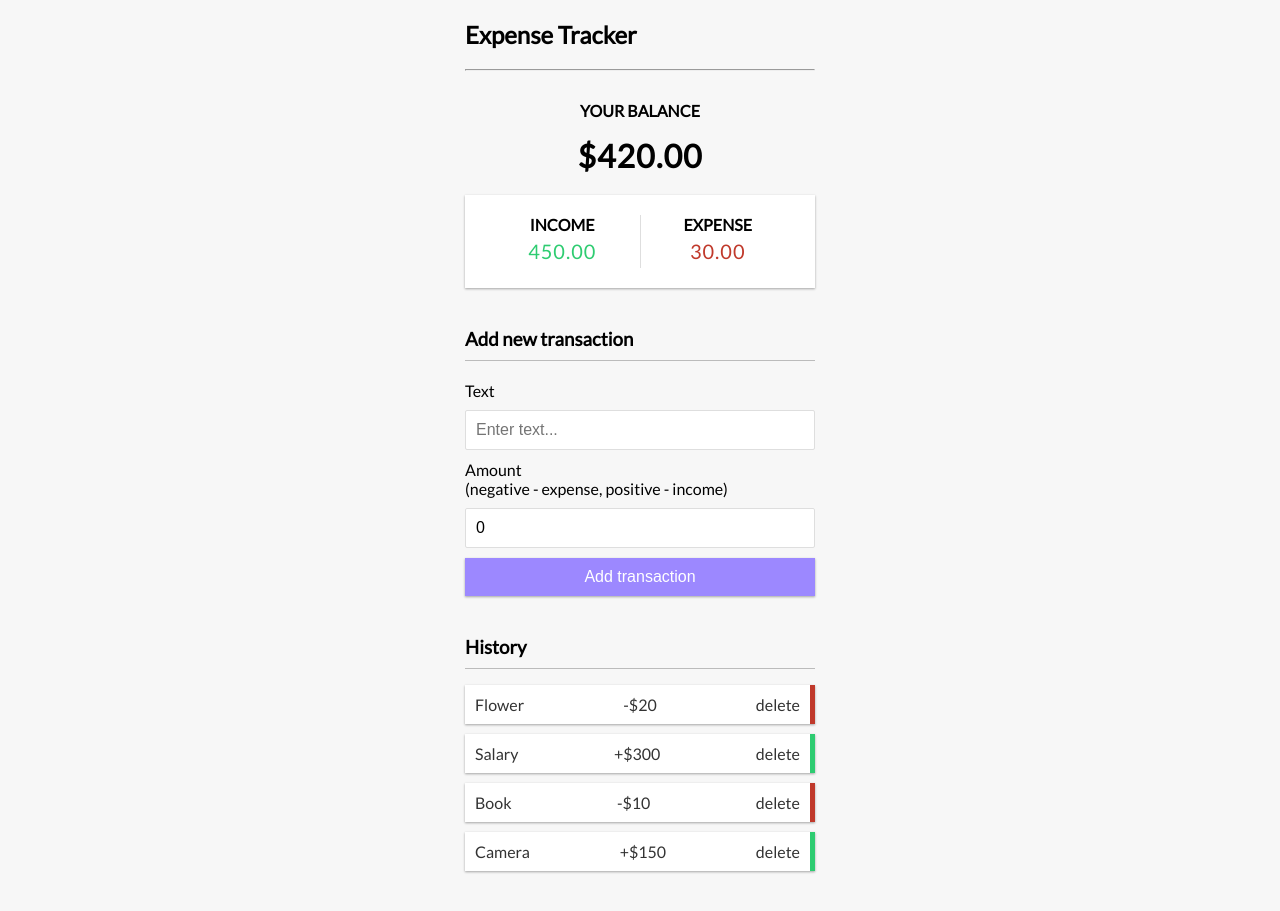
Repository: halilgoksu/js-react-expence-tracker
Page: /
These files come from the project's save history. The page is drawn as it stood at one moment and after the next save; the edit follows.
The browser window is 1280 px wide. The pictures show the whole page.
The project was rebuilt for these pictures with package versions that can differ from the ones it lists, and the page was loaded fresh each time.

Above is the page before, as saved 2023-01-02 14:09:02.

### src/App.js
import './App.css';
import {AddTransaction} from './components/AddTransaction';
import {Balance} from './components/Balance';
import {Header} from './components/Header';
import {IncomeExpenses} from './components/IncomeExpenses';
import {TransactionList} from './components/TransactionList';

import { GlobalProvider } from './context/GlobalState';

//if app crash go dont export default//

function App() {
  return (
    <GlobalProvider>
    <Header />
    <hr></hr>
    <div className='container'>
      <Balance />
      <IncomeExpenses />
      <AddTransaction />
      <TransactionList />
    </div>
    </GlobalProvider>
  );
}

export default App;

### src/App.css
@import url("https://fonts.googleapis.com/css?family=Lato&display=swap");

:root {
  --box-shadow: 0 1px 3px rgba(0, 0, 0, 0.12), 0 1px 2px rgba(0, 0, 0, 0.24);
}

* {
  box-sizing: border-box;
}

body {
  background-color: #f7f7f7;
  display: flex;
  flex-direction: column;
  align-items: center;
  justify-content: center;
  min-height: 100vh;
  margin: 0;
  font-family: "Lato", sans-serif;
}

.container {
  margin: 30px auto;
  width: 350px;
}

h1 {
  letter-spacing: 1px;
  margin: 0;
}

h3 {
  border-bottom: 1px solid #bbb;
  padding-bottom: 10px;
  margin: 40px 0 10px;
}

h4 {
  margin: 0;
  text-transform: uppercase;
}

.inc-exp-container {
  background-color: #fff;
  box-shadow: var(--box-shadow);
  padding: 20px;
  display: flex;
  justify-content: space-between;
  margin: 20px 0;
}

.inc-exp-container > div {
  flex: 1;
  text-align: center;
}

.inc-exp-container > div:first-of-type {
  border-right: 1px solid #dedede;
}

.money {
  font-size: 20px;
  letter-spacing: 1px;
  margin: 5px 0;
}

.money.plus {
  color: #2ecc71;
}

.money.minus {
  color: #c0392b;
}

label {
  display: inline-block;
  margin: 10px 0;
}

input[type="text"],
input[type="number"] {
  border: 1px solid #dedede;
  border-radius: 2px;
  display: block;
  font-size: 16px;
  padding: 10px;
  width: 100%;
}

.btn {
  cursor: pointer;
  background-color: #9c88ff;
  box-shadow: var(--box-shadow);
  color: #fff;
  border: 0;
  display: block;
  font-size: 16px;
  margin: 10px 0 30px;
  padding: 10px;
  width: 100%;
}

.btn:focus,
.delete-btn:focus {
  outline: 0;
}

.list {
  list-style-type: none;
  padding: 0;
  margin-bottom: 40px;
}

.list li {
  background-color: #fff;
  box-shadow: var(--box-shadow);
  color: #333;
  display: flex;
  justify-content: space-between;
  position: relative;
  padding: 10px;
  margin: 10px 0;
}

.list li.plus {
  border-right: 5px solid #2ecc71;
}

.list li.minus {
  border-right: 5px solid #c0392b;
}

.delete-btn {
  cursor: pointer;
  background-color: #e74c3c;
  border: 0;
  color: #fff;
  font-size: 20px;
  line-height: 20px;
  padding: 2px 5px;
  position: absolute;
  top: 50%;
  left: 0;
  transform: translate(-100%, -50%);
  opacity: 0;
  transition: opacity 0.3s ease;
}

.list li:hover .delete-btn {
  opacity: 1;
}

.balance{
  display: flex;
  flex-direction: column;
  justify-content: center;
  text-align: center;
  align-items: center;
  gap: 1rem;

}

### src/components/AddTransaction.js
import React, { useState, useContext } from "react";
import { GlobalContext } from "../context/GlobalState";

export const  AddTransaction = () => {
  const [text, setText] = useState('');
  //elinde bos bir state , ve onu icini doldurmayi beklyen baska bir state var

  const [amount, setAmount] = useState(0);
  //baslagic degeri 0 olan degismeyi bekleyen bir amount kardesimiz var


  const { addTransaction } = useContext(GlobalContext);
  //borudan addTansaction kardesimzi transfer ettik
  //bu bir function


  const onSubmit = (e) => {
    e.preventDefault();
    const newTransaction = {
      id: Math.floor(Math.random() * 100000000),
      text,
      amount:+amount
    };

    addTransaction(newTransaction);
    setText('');
    setAmount(0);
  };
  //Form da bulunan butuna tikarsak onSubmit fonk calisir
  //otamatik id si olan, texti ve amountu formdaki input alanindan alan bir eleman olsuturduk
  //bu elemani alip addTransaction(newTransaction) un icine at, o halleder


  return (
    <>
      <h3>Add new transaction</h3>
      <form onSubmit={onSubmit}>
        <div className="form-control">
          <label htmlFor="text">Text</label>
          <input
            type="text"
            value={text}
            onChange={(e) => setText(e.target.value)}
            //texti inputa girecigimiz value ile set eder
            placeholder="Enter text..."
          />
        </div>
        <div className="form-control">
          <label htmlFor="amount">
            Amount <br />
            (negative - expense, positive - income)
          </label>
          <input
            type="number"
            value={amount}
            onChange={(e) => setAmount(e.target.value)}
            //diger input area girdigimiz numara ile set edilecek
            placeholder="Enter amount..."
          />
        </div>
        <button className="btn">Add transaction</button>
      </form>
    </>
  );
};

### src/components/Balance.js
import React, { useContext } from 'react';
import { GlobalContext } from '../context/GlobalState';

export const  Balance = () => {
  const {transactions} =useContext(GlobalContext);
  //useContext borusundan transaction muzu aldik . yani; [datamiz]

  const amounts = transactions.map(transaction => transaction.amount);
  //amounts : datamizda bulunan butun paralar
  //gelen objenin icinde amounlari hepsini aldik

  const total = amounts.reduce((acc, item) => (acc += item), 0).toFixed(2);
  //total : masraflar ve olan parayi hesaplar
  //aldigimiz amounlarin hepsini toplayip total denilen bir sonc bulduk
  //reduce(acc,item), butun elemanalri toplamimiza yarayan eleman



  return (
    <div className='balance'>
      <h4>Your Balance</h4>
      <h1>${total}</h1>
    </div>
  )
}

### src/components/Header.js
import React from "react";

export const Header = () => {
  return <h2>Expense Tracker</h2>;
};
//O sadece bir header bro

### src/components/IncomeExpenses.js
import React,{ useContext } from "react";
import { GlobalContext } from "../context/GlobalState";

export const  IncomeExpenses = () => {
  const { transactions } = useContext(GlobalContext);
  //borudan transactions datamizi(obje) alidik

  const amounts = transactions.map((transaction) => transaction.amount);
  //adlgimzi datinin icinindeki butun amounlari getirdik
  //console.log(amounts) //(4) [-20, 300, -10, 150]

  const income = amounts.filter((item) => item > 0).reduce((acc, item) => (acc += item), 0)
    .toFixed(2);
    //sadece atida olanari toplayarak incom i bulur

  const expense = (
    amounts.filter((item) => item < 0).reduce((acc, item) => (acc += item), 0) *
    -1
  ).toFixed(2);
  //ekisideki degerleri topayarak expence i bulur


  return (
    <div className="inc-exp-container">
      <div>
        <h4>Income</h4>
        <p className="money plus">
          {income}
        </p>
      </div>
      <div>
        <h4>Expense</h4>
        <p className="money minus">
          {expense}
        </p>
      </div>
    </div>
    //ekrana toplam expence ve income u hesplayip yazar

  );
};

### src/components/TransactionList.js
import React, { useContext } from "react";
import {Transaction} from "./Transaction";
import { GlobalContext } from "../context/GlobalState";

export const  TransactionList = () => {
  const { transactions } = useContext(GlobalContext);
  return (
    <>
      <h3>History</h3>
      <ul className="list">
        {transactions.map((transaction) =>
        (<Transaction key={transaction.id} transaction={transaction} />))}
      </ul>
    </>
  );
};

### src/context/GlobalState.js
import React, { createContext, useReducer,useEffect } from "react";
import AppReducer from "./AppReducer";

//Initial State

const initialState = {
  transactions: [
    { id: 1, text: "Flower", amount: -20 },
    { id: 2, text: "Salary", amount: 300 },
    { id: 3, text: "Book", amount: -10 },
    { id: 4, text: "Camera", amount: 150 },
  ]
}
//elimizde olan datamiz , burdaki verileri tek tek borudan gonderip
//UI daki kaliba yerlestiriyoruz
//buradki data default datadir , eger ekleme yada cikarma yaparsak buraya yansimaz
//UI da olan orda kalir , yenileme yaptigin zaman data gider
//icini bos birkirsan [] bos array olur , default bos olur



//Create context
export const GlobalContext = createContext(initialState);
//borunun adini globalContext yaptik


//Provider component
export const GlobalProvider = ({ children }) => {
  //children alt butun componanatleri ifade eder


  const [state, dispatch] = useReducer(AppReducer,initialState )
  //state elimize olan arryimiz, data , bos yada dolu fark etmez
  //initialState ile state ayni seyi ifade eder
  //bu datayi dispatch type  ile degistircegiz, ki o da AppReducer dan gelir

  useEffect(() => {
    //console.log(initialState);
  })


  //Actions
  function deleteTransaction(id){
    dispatch({
        type: 'DELETE_TRANSACTION',
        payload:id
    });

  }
  function addTransaction(transaction){
    dispatch({
        type: 'ADD_TRANSACTION',
        payload:transaction
    });

  }

  return (
    <GlobalContext.Provider value={{
        transactions: state.transactions,
        deleteTransaction,
        addTransaction
        }}>
      {children}
    </GlobalContext.Provider>

    //It will provide all state an action with other components

  );
};

### src/components/Transaction.js
import React, { useContext } from "react";
import { GlobalContext } from "../context/GlobalState";

export const  Transaction = ({ transaction }) => {
  const { deleteTransaction } = useContext(GlobalContext);
  //Context brousunda gelen deleteTransaction elemanini al ve kullan

  const sign = transaction.amount < 0 ? "-" : "+";
  console.log(transaction.id)

  return (
    <li className={transaction.amount < 0 ? "minus" : "plus"}>
      {/* //eger amount eksi ise red , ati ise yesil , amount a gore className */}

      {transaction.text}
      {/* input da text alanina girdigimiz text */}

      <span>
        {sign}${Math.abs(transaction.amount)}
      </span>

      <button
        className="delete-btn"
        onClick={() => deleteTransaction(transaction.id)}
      >
        x
      </button>
      delete
    </li>
  );
};

### src/context/AppReducer.js
//gelen key word gore action yap

// eslint-disable-next-line import/no-anonymous-default-export
export default (state, action) => {
  switch (action.type) {
    case 'DELETE_TRANSACTION':
      return {
        ...state,
        transactions: state.transactions.filter( transaction => transaction.id !==
          action.payload)
      }

    case 'ADD_TRANSACTION':
      return {
        ...state,
        transactions:[action.payload, ...state.transactions]
      };

    default:
      return state;
  }
};

Loaded but not shown: src/index.js (common file)

After the next save:
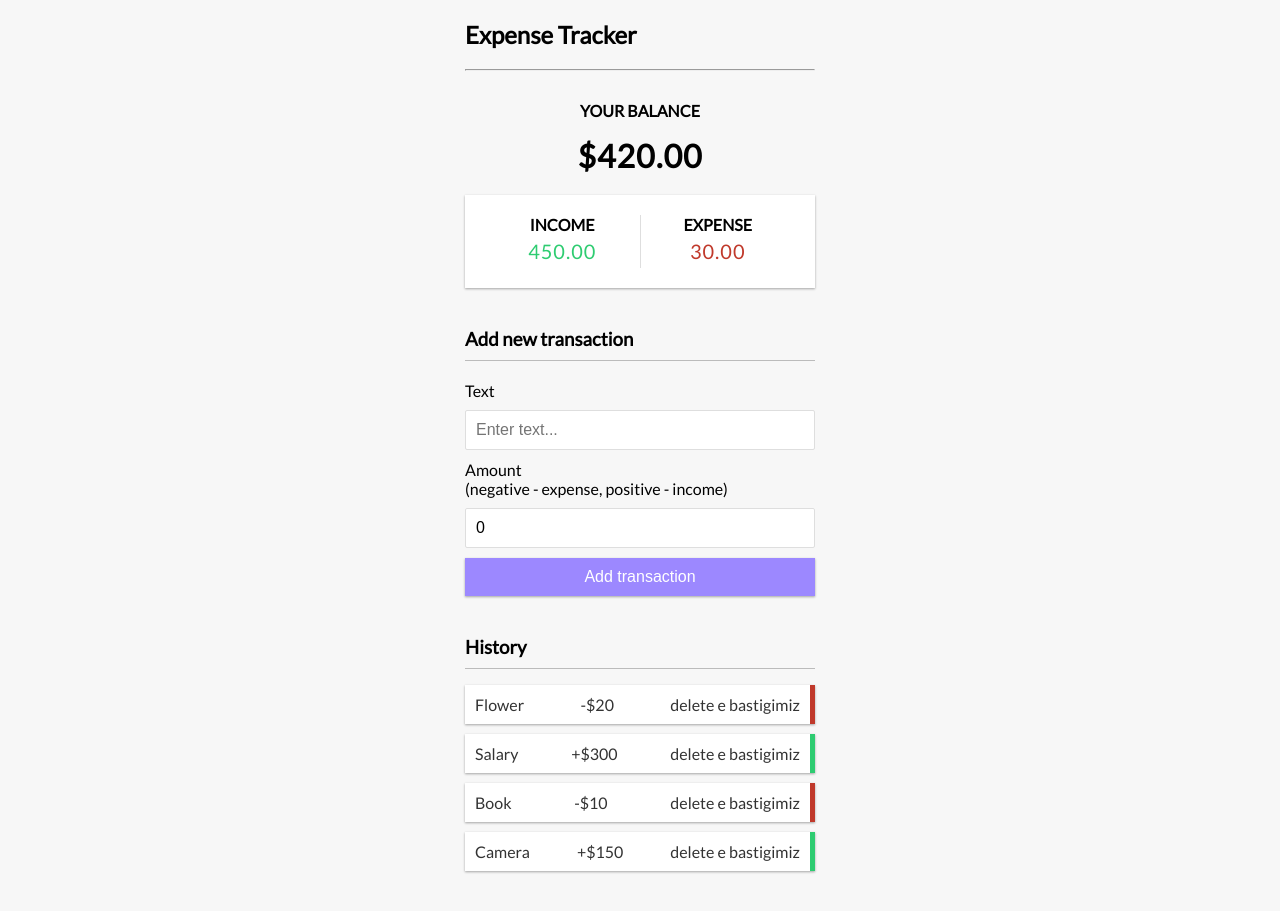
Saved 8 s later.
--- a/src/components/Transaction.js
+++ b/src/components/Transaction.js
@@ -25,7 +25,7 @@ export const  Transaction = ({ transaction }) => {
       >
         x
       </button>
-      delete
+      delete e bastigimiz
     </li>
   );
 };
